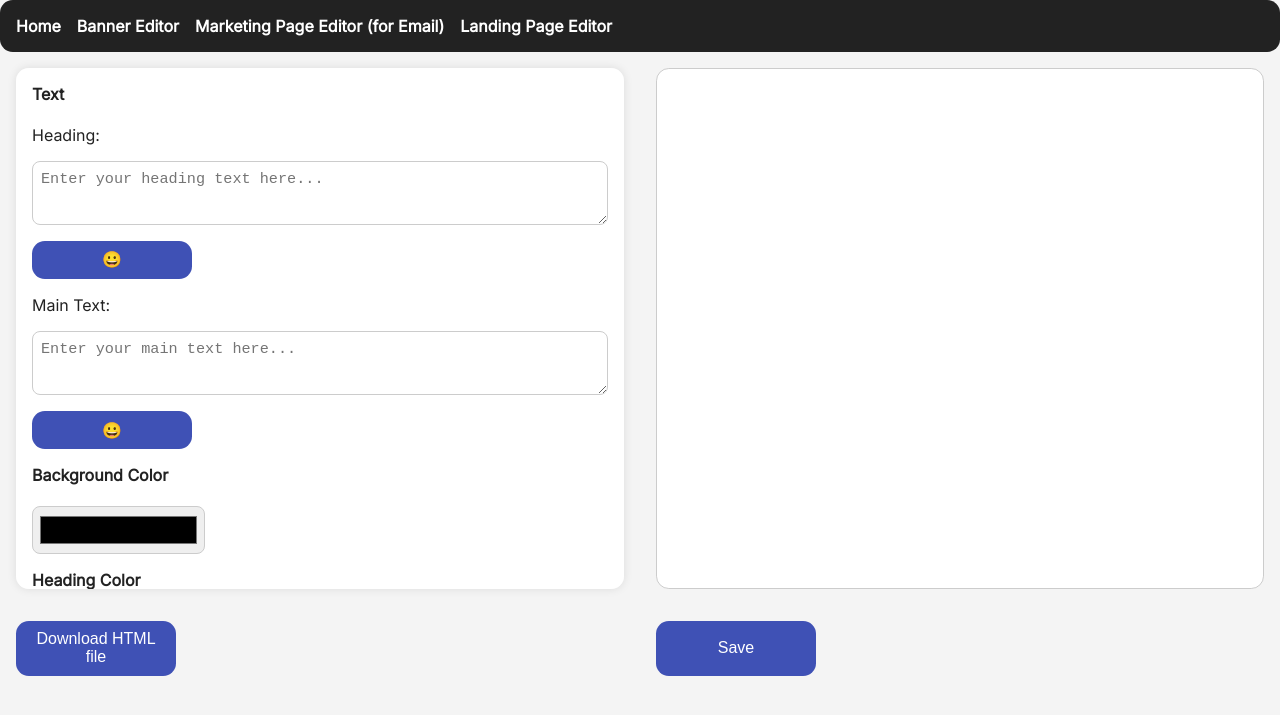
Repository: Yuravolontir/--Baner-Editor--
Page: landing.html
An editor plug-in stored every save of this project. The page is shown before and after the next save, followed by the edit.
The browser window is 1280 px wide. The pictures show the whole page.
An inner scrolling area shows only its first screen.

Above is the page before, as saved 2025-07-18 16:07:47.

### landing.html
<!DOCTYPE html>
<html lang="en">
<head>
    <meta charset="UTF-8">
    <meta name="viewport" content="width=device-width, initial-scale=1.0">
    <title>Document</title>
    <link rel="stylesheet" href="/styles/banner.css">
    <script type="module" src="/scripts/landing.js"></script>
    <!--Google Fonts-->
 <link href="https://fonts.googleapis.com/css2?family=Be+Vietnam+Pro&family=DM+Sans&family=Figtree&family=Inter&family=Manrope&family=Outfit&family=Rubik&family=Space+Grotesk&family=Sora&family=Urbanist&display=swap" rel="stylesheet">
<link rel="preconnect" href="https://fonts.googleapis.com">
<link rel="preconnect" href="https://fonts.gstatic.com" crossorigin>
<link href="https://fonts.googleapis.com/css2?family=Bangers&family=Lobster+Two:ital,wght@0,400;0,700;1,400;1,700&family=Orbitron:wght@400..900&family=Silkscreen:wght@400;700&display=swap" rel="stylesheet">

</head>
<body>
    <nav>
    <ul>
    <li><a href="/dashboard.html">Home</a></li>
    <li><a href="/banner.html">Banner Editor</a></li>
    <li><a href="/email.html">Marketing Page Editor (for Email)</a></li>
    <li><a href="/landing.html">Landing Page Editor</a></li>
    </ul>
</nav>


<div id="banner-builder-container">
<div id="controls-section">

<h3>Text</h3>

<label for="Heading">Heading:</label>
<textarea id="Heading" placeholder="Enter your heading text here..."></textarea>
<button id="emojiHeading">😀</button>

<label for="Text">Main Text:</label>
<textarea id="Text" placeholder="Enter your main text here..."></textarea>
<button id="emojiText">😀</button>

<h3>Background Color</h3>
<input type="color" id="BackgroundColor">

<h3>Heading Color</h3>
<input type="color" id="HeadingColor">

<h3>Text Color</h3>
<input type="color" id="TextColor">

<h3>Choose heading font</h3>
<select id="head-font">
  <option value="Courier New">Courier New</option>
  <option value="Inter">Inter</option>
  <option value="Poppins">Poppins</option>
  <option value="Space Grotesk">Space Grotesk</option>
  <option value="Outfit">Outfit</option>
  <option value="Manrope">Manrope</option>
  <option value="Sora">Sora</option>
  <option value="Figtree">Figtree</option>
  <option value="Rubik">Rubik</option>
  <option value="Urbanist">Urbanist</option>
  <option value="DM Sans">DM Sans</option>
  <option value="Silkscreen, sans-serif">Silkscreen Static</option>
  <option value="Orbitron, sans-serif">Orbitron</option>
  <option value="Lobster Two, sans-serif">Lobster Two</option>
  <option value="Bangers, system-ui">Bangers</option>
</select>

<h3>Choose text font</h3>
<select id="text-font">
  <option value="Courier New">Courier New</option>
  <option value="Inter">Inter</option>
  <option value="Poppins">Poppins</option>
  <option value="Space Grotesk">Space Grotesk</option>
  <option value="Outfit">Outfit</option>
  <option value="Manrope">Manrope</option>
  <option value="Sora">Sora</option>
  <option value="Figtree">Figtree</option>
  <option value="Rubik">Rubik</option>
  <option value="Urbanist">Urbanist</option>
  <option value="DM Sans">DM Sans</option>
  <option value="Silkscreen, sans-serif">Silkscreen Static</option>
  <option value="Orbitron, sans-serif">Orbitron</option>
  <option value="Lobster Two, sans-serif">Lobster Two</option>
  <option value="Bangers, system-ui">Bangers</option>
</select>

<h3>Banner Heading Font-size</h3>
<input type="number" id="headingFontSize" placeholder="Enter font size in px" value="24">
<h3>Banner Text Font-size</h3>
<input type="number" id="textFontSize" placeholder="Enter font size in px" value="16">
<label>Set img background URL:</label>
<input type="text" id="imageInput" placeholder="Enter image URL" />
<h3>Try our gradient</h3>
<select id="designStyle">
  <option value="default">Empty</option>
  <option value="gradient1">Minimal Clean</option>
  <option value="gradient2">Bold & Colorful</option>
  <option value="gradient3">Retro Pixel</option>
</select>


</div>
<div id="preview">

</div>

<button id="DownloadHTML">Download HTML file</button>
<button id="saveLanding">Save</button>

</div>









</body>
</html>

### styles/banner.css
/* styles.css */

:root {
  --font-main: 'Inter', sans-serif;
  --color-bg: #f4f4f4;
  --color-dark: #222;
  --color-accent: #3f51b5;
  --control-bg: #fff;
  --border-radius: 0.8rem;
  --spacing: 1rem;
}

* {
  margin: 0;
  padding: 0;
  box-sizing: border-box;
}

html, body {
  font-family: var(--font-main);
  background-color: var(--color-bg);
  color: var(--color-dark);
  height: 100%;
  overflow: hidden;
}

body {
  display: flex;
  flex-direction: column;
  padding: 0;
}

nav ul {
  list-style: none;
  display: flex;
  gap: 1rem;
  background-color: var(--color-dark);
  padding: 1rem;
  border-radius: var(--border-radius);
  overflow-x: auto;
}

nav a {
  color: white;
  text-decoration: none;
  font-weight: bold;
  white-space: nowrap;
}

#banner-builder-container {
  display: grid;
  grid-template-columns: 1fr 1fr;
  gap: 2rem;
  padding: 1rem;
  height: calc(100vh - 80px);
  overflow: hidden;
}

#controls-section {
  display: flex;
  flex-direction: column;
  gap: 1rem;
  background-color: var(--control-bg);
  padding: 1rem;
  border-radius: var(--border-radius);
  box-shadow: 0 0 10px rgba(0, 0, 0, 0.1);
  overflow-y: auto;
  max-height: 100%;
}

#controls-section h3 {
  margin-bottom: 0.3rem;
  font-size: 1rem;
}

#controls-section input[type="color"],
#controls-section input[type="number"],
#controls-section select,
#controls-section textarea {
  width: 100%;
  padding: 0.5rem;
  font-size: 0.95rem;
  border: 1px solid #ccc;
  border-radius: 0.5rem;
}

#controls-section input[type="color"]
{
  width: 30%;
  height: auto;
  padding: 0.3rem;
  font-size: 0.95rem;
  border: 1px solid #ccc;
  border-radius: 0.5rem;
  min-height: 3rem;

}

#controls-section textarea {
  min-height: 4rem;
  resize: vertical;
}

button {
  background-color: var(--color-accent);
  color: white;
  border: none;
  padding: 0.6rem 1rem;
  font-size: 1rem;
  border-radius: var(--border-radius);
  cursor: pointer;
  transition: background-color 0.2s ease;
  width: 10rem;

}
#downloadBanner, #saveBanner {
  margin-left: auto;
  margin-right: auto;
}

button:hover {
  background-color: #2c3e91;
}

#preview {
  background-color: white;
  border: 1px solid #ccc;
  min-height: 40vh;
  display: flex;
  justify-content: center;
  align-items: center;
  padding: 1rem;
  border-radius: var(--border-radius);
  overflow: auto;
  height: 100%;
}

@media (max-width: 768px) {
  #banner-builder-container {
    grid-template-columns: 1fr;
    grid-template-rows: auto 1fr;
    height: auto;
  }

  #controls-section {
    max-height: none;
    height: auto;
  }

  #preview {
    height: 50vh;
    margin-top: 1rem;
  }
}

### scripts/landing.js
import { UsersLandingPages } from './global.js';
import { LandingPage } from './classes.js';
// Importing the EmojiButton library
import { EmojiButton } from 'https://cdn.jsdelivr.net/npm/@joeattardi/emoji-button@4.6.2/+esm';



window.addEventListener("DOMContentLoaded", createLandingPage);










function createLandingPage() {
    const blank = document.querySelector("#preview");
    blank.innerHTML = "";
    const div = document.createElement("div");
    div.id = "generatedLandingPage"; // So we can update it later
    div.style.width = "100%";
    div.style.minHeight = "600px";
    div.style.backgroundColor = "grey";

    blank.appendChild(div);
}

### scripts/global.js
export const UsersList = JSON.parse(localStorage.getItem('UsersList')) || [];

export const UsersBanners = JSON.parse(localStorage.getItem('UsersBanners')) || [];

export const UsersEmailBanners = JSON.parse(localStorage.getItem('UsersEmailBanners')) || [];

export const UsersLandingPages = JSON.parse(localStorage.getItem('UsersLandingPages')) || [];

### scripts/classes.js


export class Banner
{
    width;
    height;
    hedingtext;
    maintext;
    backgroundcolor;
    headingcolor;
    textcolor;
    headingfont;
    textfont;
    headingfontsize;
    textfontsize;
    designstyle;
    username;


    constructor(width, height, hedingtext, maintext, backgroundcolor, headingcolor, textcolor, headingfont, textfont, headingfontsize, textfontsize, designstyle, username) {
        this.width = width;
        this.height = height;
        this.hedingtext = hedingtext;
        this.maintext = maintext;
        this.backgroundcolor = backgroundcolor;
        this.headingcolor = headingcolor;
        this.textcolor = textcolor;
        this.headingfont = headingfont;
        this.textfont = textfont;
        this.headingfontsize = headingfontsize;
        this.textfontsize = textfontsize;
        this.designstyle = designstyle;
        this.username = username;
    }
}
export class User
{
 firstName;
 email;
 username;
 password;
    constructor(firstName, email, username, password) {
        this.firstName = firstName;
        this.email = email;
        this.username = username;
        this.password = password;
    }
}

export class emailBanner
{
    width;
    minHeight;
    hedingtext;
    maintext;
    backgroundcolor;
    headingcolor;
    textcolor;
    headingfont;
    textfont;
    headingfontsize;
    textfontsize;
    designstyle;
    image;
    username;


    constructor( width, minHeight,hedingtext, maintext, backgroundcolor, headingcolor, textcolor, headingfont, textfont, headingfontsize, textfontsize, designstyle, image, username) {
        this.width = width;
        this.minHeight = minHeight;
        this.hedingtext = hedingtext;
        this.maintext = maintext;
        this.backgroundcolor = backgroundcolor;
        this.headingcolor = headingcolor;
        this.textcolor = textcolor;
        this.headingfont = headingfont;
        this.textfont = textfont;
        this.headingfontsize = headingfontsize;
        this.textfontsize = textfontsize;
        this.designstyle = designstyle;
        this.image = image;
        this.username = username;
    }
}

export class LandingPage
{
    width;
    minHeight;
    hedingtext;
    maintext;
    backgroundcolor;
    headingcolor;
    textcolor;
    headingfont;
    textfont;
    headingfontsize;
    textfontsize;
    designstyle;
    image;
    username;


    constructor( width, minHeight,hedingtext, maintext, backgroundcolor, headingcolor, textcolor, headingfont, textfont, headingfontsize, textfontsize, designstyle, image, username) {
        this.width = width;
        this.minHeight = minHeight;
        this.hedingtext = hedingtext;
        this.maintext = maintext;
        this.backgroundcolor = backgroundcolor;
        this.headingcolor = headingcolor;
        this.textcolor = textcolor;
        this.headingfont = headingfont;
        this.textfont = textfont;
        this.headingfontsize = headingfontsize;
        this.textfontsize = textfontsize;
        this.designstyle = designstyle;
        this.image = image;
        this.username = username;
    }
}

After the next save:
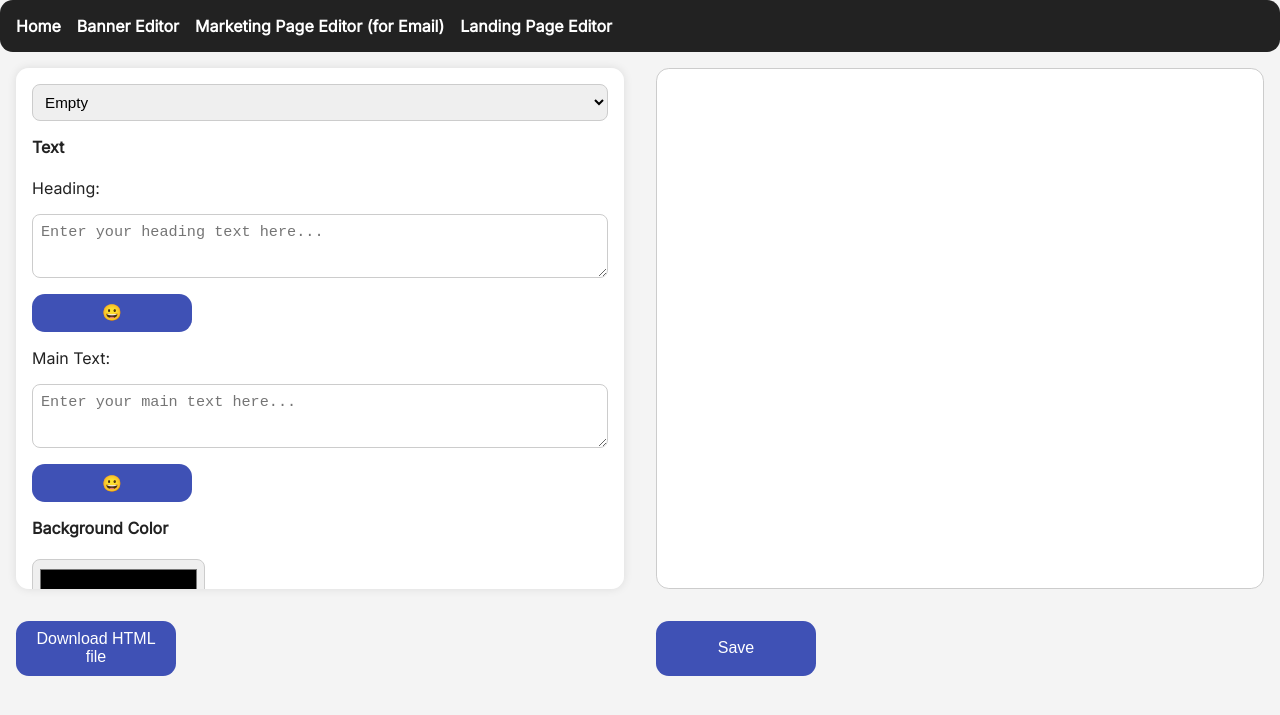
Saved 104 s later.
--- a/landing.html
+++ b/landing.html
@@ -26,9 +26,13 @@
 
 <div id="banner-builder-container">
 <div id="controls-section">
-
+<select id="templates">
+  <option value="default">Empty</option>
+  <option value="template1">1</option>
+  <option value="template2">2</option>
+  <option value="template3">3</option>
+</select>
 <h3>Text</h3>
-
 <label for="Heading">Heading:</label>
 <textarea id="Heading" placeholder="Enter your heading text here..."></textarea>
 <button id="emojiHeading">😀</button>
